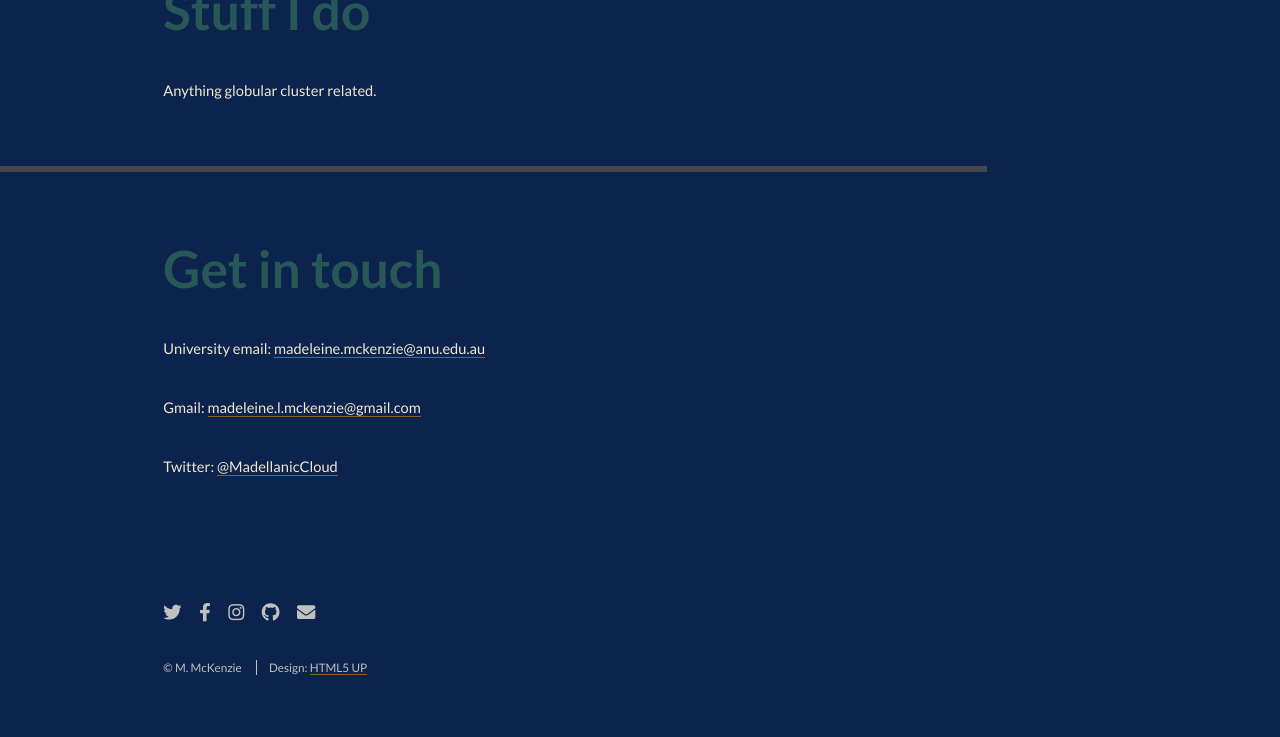
Repository: madeleine-mckenzie/madeleine-mckenzie.github.io
Page: index.html
These files come from the project's save history. The page is drawn as it stood at one moment and after the next save; the edit follows.
The browser window is 1280 px wide. The pictures show the part of the page from y = 1086 to 2038 px (the page is 1823 px tall before and 2081 px after).
Backgrounds fixed to the window are drawn as part of the page.

Above is the page before, as saved 2023-11-11 19:24:07.

### index.html
<!DOCTYPE HTML>
<!--
    Read Only by HTML5 UP
    html5up.net | @ajlkn
    Free for personal and commercial use under the CCA 3.0 license (html5up.net/license)
-->
<html>
    <head>
        <title>M. McKenzie</title>
        <meta charset="utf-8" />
        <meta name="viewport" content="width=device-width, initial-scale=1, user-scalable=no" />
        <link rel="stylesheet" href="assets/css/main.css" />
        <style>
            /* Custom style */
            body {
                background: url('images/2023_ANU_3MT_20230727_ANU2022 3.jpg') no-repeat center center fixed;
                background-size: cover;
            }
        </style>
    </head>
    <body class="is-preload">

        <!-- Header -->
        <section id="header">
            <header>
                <!-- Avatar image next to name -->
                <span class="image avatar"><img src="images/IG_DP.jpeg" alt="Madeleine L. McKenzie" /></span>
                <h1>Madeleine L. McKenzie</h1>
                <p>PhD candidate at the Australian National University madeleine.mckenzie@anu.edu.au</p>
            </header>
            <nav id="nav">
                <ul>
                    <li><a href="#one" class="active">About</a></li>
                    <li><a href="#two">My Work</a></li>
                    <li><a href="#two">testing</a></li>
                    <li><a href="#three">Contact</a></li>
                </ul>
            </nav>
        </section>

        <!-- Wrapper -->
        <div id="wrapper">

            <!-- Main -->
            <div id="main">

                <!-- One -->
                <section id="one">
                    <div class="image main" data-position="center">
                        <!-- Top banner image -->
                        <img src="images/2023_ANU_3MT_20230727_ANU2022.jpg" alt="" />
                    </div>
                    <div class="container">
                        <header class="major">
                            <h2>Hi...</h2>
                        </header>
                        <p>I'm Madeleine, an Australian astrophysicist interested in all things Milky Way. I was born and raised in Perth, Western Australia,
                            and completed my undergraduate degree and Masters of Astrophysics at the University of Western Australia and International Centre
                            for Radio Astronomy Research (ICRAR). My Masters thesis is titled "Simulating the Formation of Multiple Stellar Populations in Globular Clusters", supervised
                            by Professor Kenji Bekki. I am currently a PhD candidate at the Australian National University, supervised by Dr. David Yong and Professor Mark Krumholz.
                            I primarily work on high precision spectroscopy and isotopic analysis of globular clusters.
                        </p>
                    </div>
                </section>

                <!-- Two -->
                <section id="two">
                    <div class="container">
                        <header class="major">
                            <h2>Stuff I do</h2>
                        </header>
                        <p>Anything globular cluster related.</p>
                        <!-- Icons grid here -->
                    </div>
                </section>

                <!-- Three -->
                <section id="three">
                    <div class="container">
                        <header class="major">
                            <h2>Get in touch</h2>
                        </header>
                        <p>University email: <a href="mailto:madeleine.mckenzie@anu.edu.au">madeleine.mckenzie@anu.edu.au</a></p>
                        <p>Gmail: <a href="mailto:madeleine.l.mckenzie@gmail.com">madeleine.l.mckenzie@gmail.com</a></p>
                        <p>Twitter: <a href="https://twitter.com/MadellanicCloud" target="_blank">@MadellanicCloud</a></p>
                    </div>
                </section>

            </div>

            <!-- Footer -->
            <section id="footer">
                <div class="container">
                    <ul class="icons">
                        <!-- Social media icons here -->
                        <li><a href="#" class="icon brands fa-twitter"><span class="label">Twitter</span></a></li>
                        <li><a href="#" class="icon brands fa-facebook-f"><span class="label">Facebook</span></a></li>
                        <li><a href="#" class="icon brands fa-instagram"><span class="label">Instagram</span></a></li>
                        <li><a href="#" class="icon brands fa-github"><span class="label">Github</span></a></li>
                        <li><a href="#" class="icon solid fa-envelope"><span class="label">Email</span></a></li>
                    </ul>
                    <ul class="copyright">
                        <li>&copy; M. McKenzie</li>
                        <li>Design: <a href="http://html5up.net">HTML5 UP</a></li>
                    </ul>
                </div>
            </section>

        </div>

        <!-- Scripts -->
        <script src="assets/js/jquery.min.js"></script>
        <script src="assets/js/jquery.scrollex.min.js"></script>
        <script src="assets/js/jquery.scrolly.min.js"></script>
        <script src="assets/js/browser.min.js"></script>
        <script src="assets/js/breakpoints.min.js"></script>
        <script src="assets/js/util.js"></script>
        <script src="assets/js/main.js"></script>

    </body>
</html>

Loaded but not shown: assets/css/fontawesome-all.min.css (library); assets/js/jquery.min.js (library); assets/js/jquery.scrollex.min.js (common file); assets/js/jquery.scrolly.min.js (common file); assets/js/browser.min.js (common file); assets/js/breakpoints.min.js (common file); assets/js/util.js (587 lines, source omitted); assets/js/main.js (159 lines, source omitted); assets/css/main.css (3340 lines, source omitted)

After the next save:
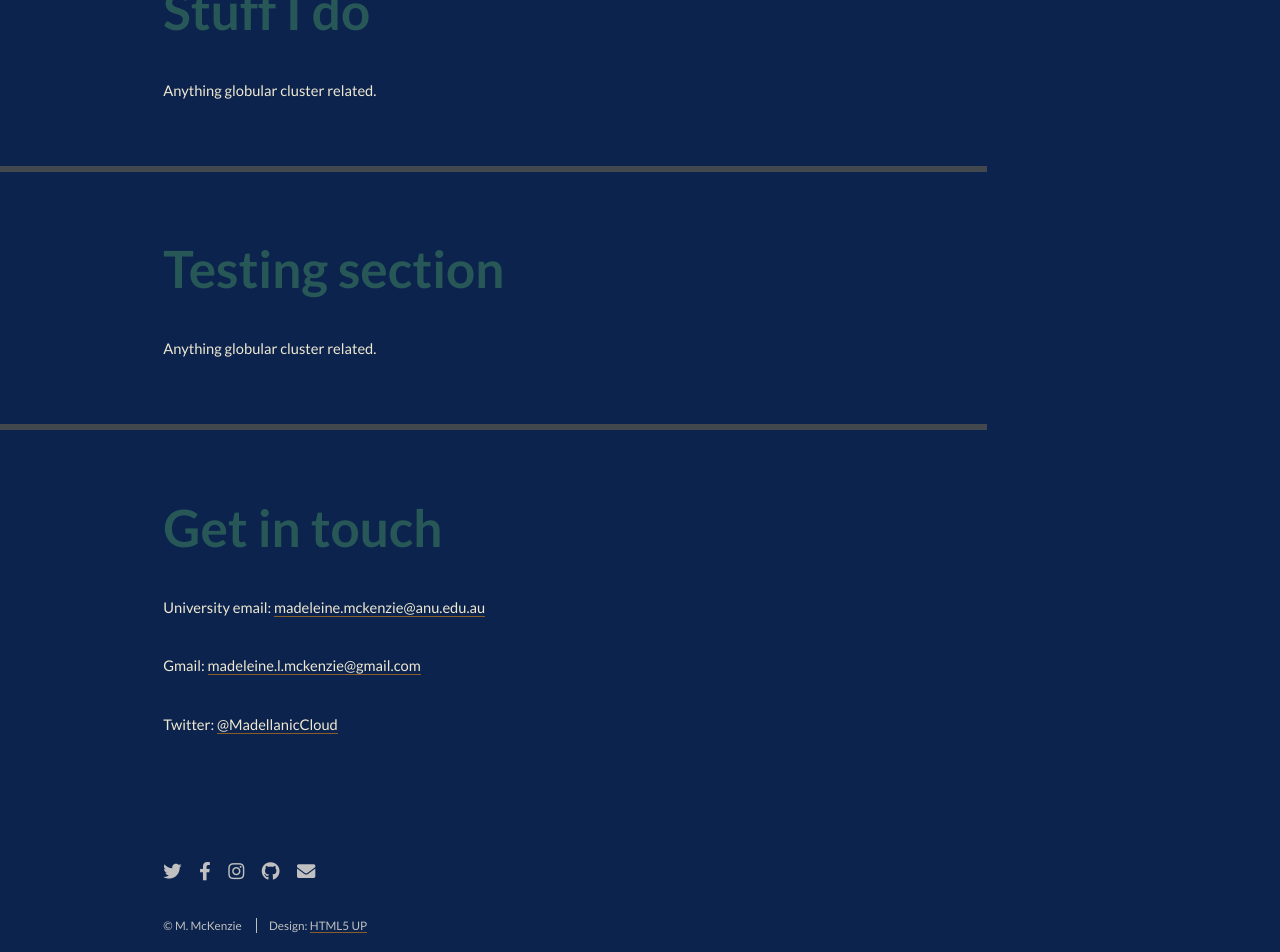
Saved 39 s later.
--- a/index.html
+++ b/index.html
@@ -74,6 +74,17 @@
                     </div>
                 </section>
 
+                <!-- three -->
+                <section id="three">
+                    <div class="container">
+                        <header class="major">
+                            <h2>Testing section</h2>
+                        </header>
+                        <p>Anything globular cluster related.</p>
+                        <!-- Icons grid here -->
+                    </div>
+                </section>
+
                 <!-- Three -->
                 <section id="three">
                     <div class="container">
